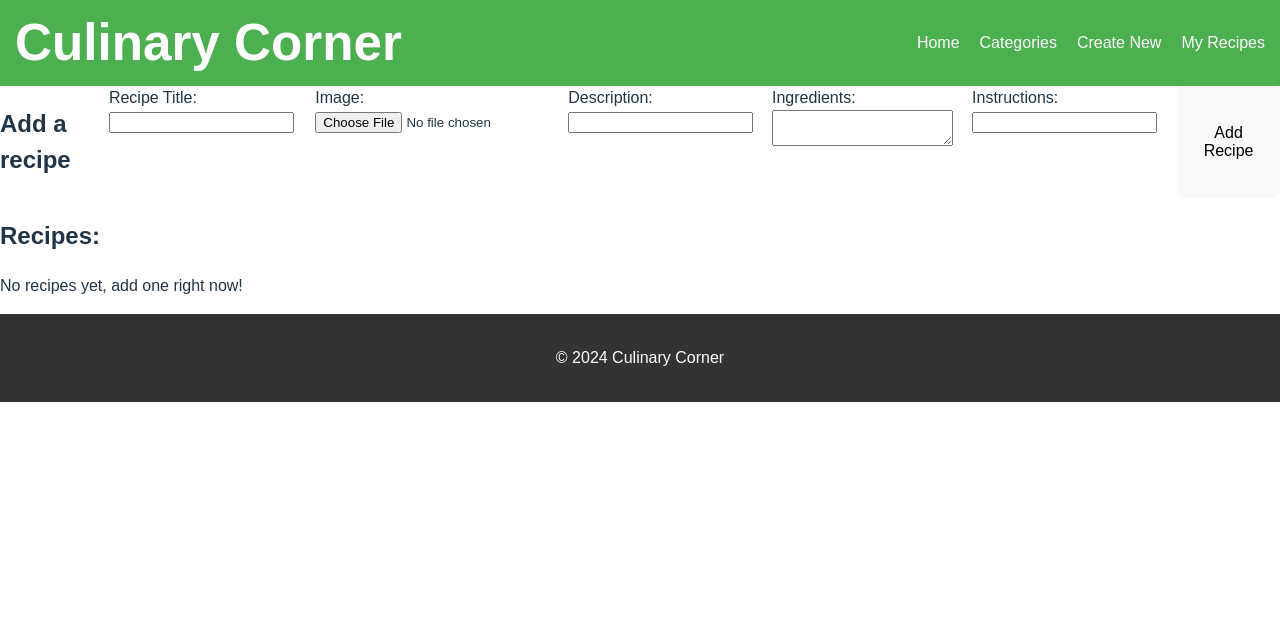
Repository: danielder10/Mon-Jumi-Daniel-FrontEnd-Project
Page: /add-new-recipe
The author's editor kept a copy of each file at every save. The page is drawn from the files as they stood at one save, then again after a run of saves.
The browser window is 1280 px wide. The pictures show the whole page.
The project was rebuilt for these pictures with package versions that can differ from the ones it lists, and the page was loaded fresh each time. Also part of the build but not shown: vite.config.js, src/Home.jsx, src/Categories.jsx, src/MyRecipes.jsx, src/RecipesDetails.jsx.

Above is the page before, as saved 2024-11-16 01:14:11.

After the next 2 saves:
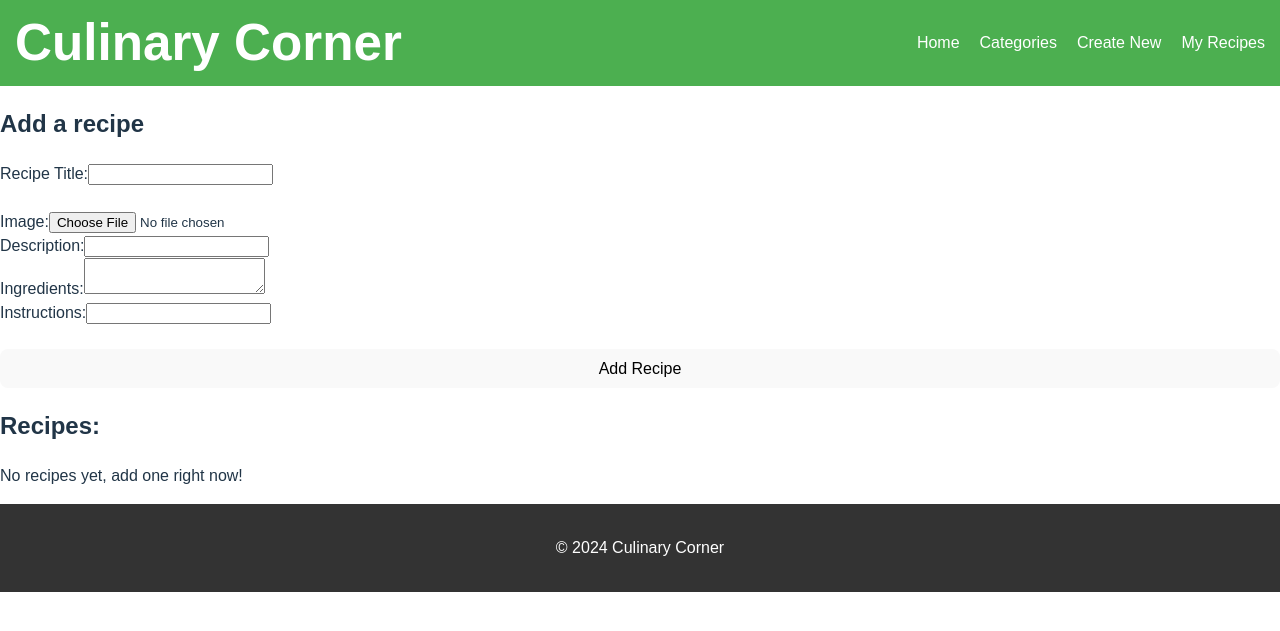
The 2 saves are shown as one change because they came seconds apart.
The last was saved 36 s later.
--- a/src/App.css
+++ b/src/App.css
@@ -84,5 +84,5 @@ footer {
 /****** Add new recipe ******/
 .add-recipe-form {
   display: flex;
-  align-items: row;
+  flex-direction: column;
 }
